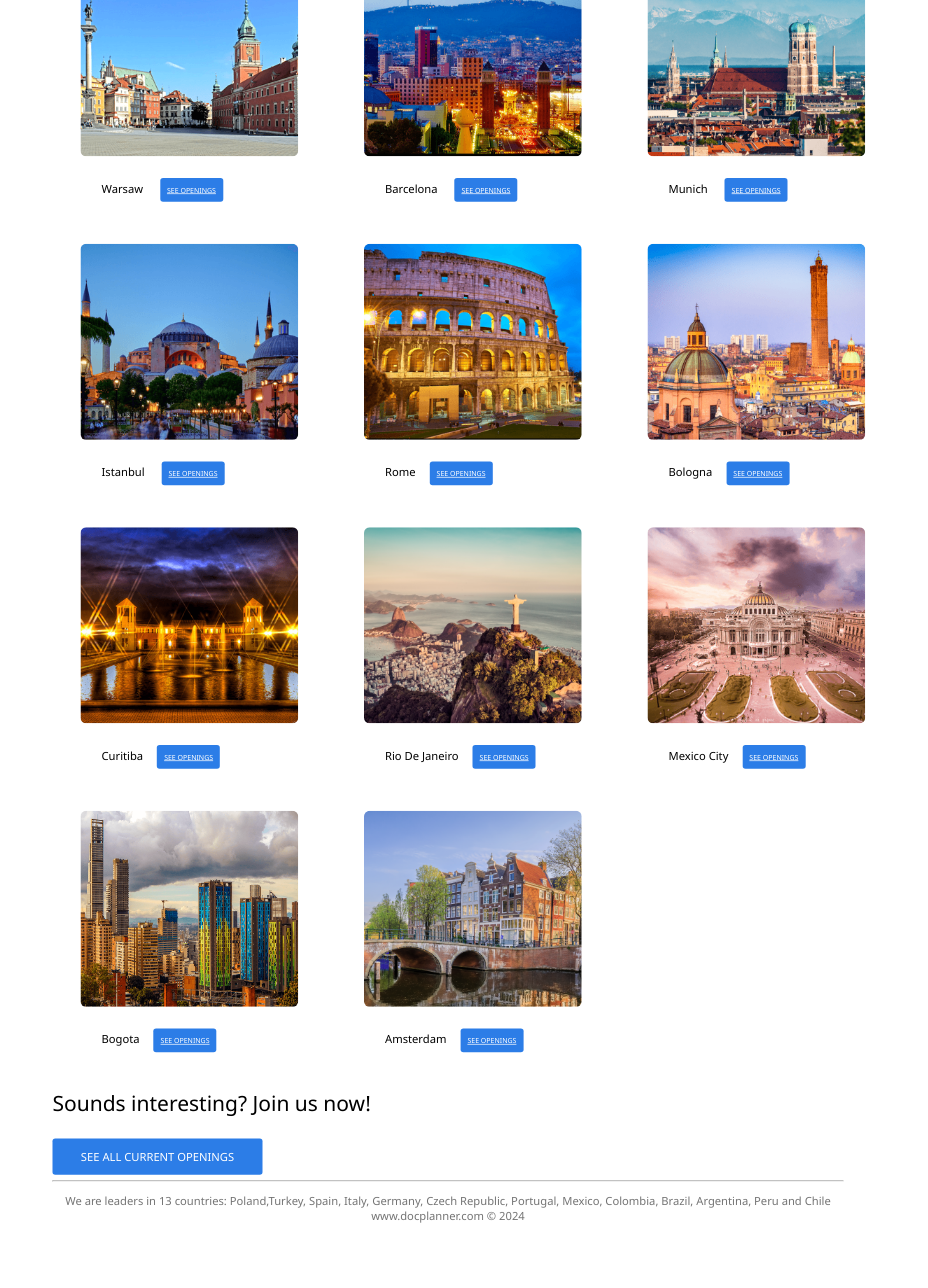
Repository: awa-creator/Checkpoint4
Page: doc.html
The author's editor kept a copy of each file at every save. The page is drawn from the files as they stood at one save, then again after the next save.
The browser window is 1280 px wide. The page is 1325 px wide, so the pictures cover 1325 px, including what lies to the right of the window. The pictures show the part of the page from y = 1785 to 3625 px (the page is 3625 px tall), at 70% of full size.

Above is the page before, as saved 2024-09-24 12:35:18.

### doc.html
<!DOCTYPE html>
<html lang="en">
<head>
    <meta charset="UTF-8">
    <meta name="viewport" content="width=device-width, initial-scale=1.0">
    <title>Document</title>
    <link rel="stylesheet" href="style1.css">

</head>

<body>
        <header class="Doc_header" >
           <img class="doc_logo" src="image/imagdocplanner/logo-default-group-en.svg" alt="logo" width="238px" height="33px">
            <ul class="nav_menu">
            <li><h4 class="H">A About us</h4></li>
        <li><h4 class="H"> Career</h4></li>
        <li><h4 class="H">Departments</h4></li>
    </ul>
</header>
    <section class="Introduction">
        <div >
            <center><img class="idps" src="image/imagdocplanner/sygnet.png" alt=""></center>
        </div>
               <h1 class="tittle_intro" >Making the healthcare experience more human</h1>
        <div class="intro_text">
        <p class="ipara1">We want patients to find the perfect doctor and book an appointment in the most easy way. The patient journey should be enjoyable, and that's why we are always next to them:to help them find the best possible care. Anytime, anywhere.</p>
        <p class="ipara2"> We also help doctors to better manage their practice and build their online reputation. With our integrated end-to-end solution, doctors are able not only to improve their online presence, but also to devote their time to what really matters: their patients.</p>
        </div>
        </section>
        <center><section class="box">
            <div class="boxp">
                <img src="image/imagdocplanner/icon-patients.svg" alt="">
                <h2 class="text">For patients</h2> <p class="boxtext">Find a doctor, book a <br> visit and solve any <br> health-related doubt</p>
             <div class="">
   <select name="selectp" id="">
    <option value="">Choose a country</option>
    <option value="">Tunisia</option>
    <option value="">Morocco</option>
    <option value="">Senegal</option>
    <option value="">England</option>
    <option value="">Sweden</option>
    <option value="">France</option>
    <option value="">Saudi Arabia</option>
    <option value="">Japan</option>
   </select>
             </div>
            </div>
            <div class="boxd">
                <img src="image/imagdocplanner/icon-doctors.svg" alt=""> <h2 class="text">For doctors</h2> <p class="boxtext">Save time managing <br>visits and cut no- <br>shows by half</p>
            <div class="selectd">
                <select name="" id="">
                    <option value="">Choose a country</option>
                    <option value="">Argentina</option>
                    <option value="">Brazil</option>
                    <option value="">Chili</option>
                    <option value="">Colombia</option>
                    <option value="">Czech</option>
                    <option value="">Germany</option>
                    <option value="">Italy</option>
                    <option value="">Mexico</option>
                    <option value="">Peru</option>
                    <option value="">Poland</option>
                    <option value="">Spain</option>
                    <option value="">Turkey</option>
                   </select>
            </div>
            </div>
            <div class="boxc">
                <img src="image/imagdocplanner/icon-clinics.svg" alt=""> <h2 class="text">For clinics</h2> <p class="boxtext">Deliver an exceptional <br> patient experience in <br> your clinic</p>
            <select name="" id="">
                <option value="">2 to 20 specialists</option>
                    <option value="">Brazil</option>
                    <option value="">Czech</option>
                    <option value="">Germany</option>
                    <option value="">Italy</option>
                    <option value="">Mexico</option>
                    <option value="">Poland</option>
                    <option value="">Spain</option>
                    <option value="">Turkey</option>
            </select> <br><br>
            <select name="" id="">
                <option value="">More than 20 specialists</option>
                <option value="">Brazil</option>
                <option value="">Italy</option>
                <option value="">Mexico</option>
                <option value="">Poland</option>
                <option value="">Spain</option>
            </select>
            </div>
        </section>
        <section  on class="brand_section">
            <p class="brand_intro"> We are a global company  with local culture </p>
            <ul class="brand_logo">
            <img class="im" src="image/imagdocplanner/sygnet.png" alt="">Znanylekarz
            <img class="im" src="image/imagdocplanner/sygnet.png" alt="">Doctoralia
            <img class="im" src="image/imagdocplanner/sygnet.png" alt="">Miodottore
            <img class="im" src="image/imagdocplanner/sygnet.png" alt="">Doktortakvimi
            <img class="im" src="image/imagdocplanner/sygnet.png" alt="">Znamylekar
            <a class="bl" href="https://www.jameda.de/"><img class="jameda" src="image/imagdocplanner/logo-jameda.svg" alt=""></a>
            <a href="https://tuotempo.com/powered-by-tuotempo"><img class="tuotempo" src="image/imagdocplanner/logo-tuotempo.svg" alt="" width="140px" height="30px"></a>
            <a href="https://gipo.it/?redirect_origin=www.gipo.it"><img class="gipo" src="image/imagdocplanner/logo-gipo-primary.svg" alt=""></a>
            <a href="href=https://clinic-cloud.com/"><img class="clinic" src="image/imagdocplanner/logo-clinicloud.svg" alt="" > </a>
            <a  href="href=https://feegowclinic.com.br/"><img class="feegowclinic"  src="image/imagdocplanner/logo-feegow.svg" alt=""></a>
            <a  href="href=https://mydr.pl/welcome/"><img class="mydr" src="image/imagdocplanner/my-dr-edm-logo.svg" alt="" ></a>
        </ul>
    </section></center>
        <section class="platform">
            <div class="plat">
            <h1> The world's biggest <br>healthcare platform</h1>
<p>We work from 9 offices all over the world, bringing Docplanner Group <br>to life in 13 countries. <br></p></div>
       <div class="grid">
                        <div class="column1">
                   <img class="ilog" src="image/imagdocplanner/flag.png" alt="">  <h4>Leader in 13 <br>countries</h4> <p>Poland, Brazil, Mexico, Spain, Italy, Germany, Turkey, Colombia, Czech Republic, Portugal, Argentina, Peru and Chile</p>
                        </div>
                 <div class="column2">
                    <img class="ilog"  src="image/imagdocplanner/visits.png" alt=""> <h4>22,000,000 <br>appointments</h4><p>booked last month</p>
                        </div>
                 <div class="column1">
                    <img class="ilog"  src="image/imagdocplanner/patients.png" alt=""><h4>90,000,000 <br>patients</h4><p>visit our websites each month</p>
                        </div>
                <div class="column2">
                    <img class="ilog"  src="image/imagdocplanner/doctors.png" alt=""><h4>260,000 <br>active doctors</h4> <p>trust our solutions</p>
                        </div>
                    </div>
                </section>
        <section class="contries">
            <h1>Improve the lives of millions. Change yours forever.</h1>
            <p> More than 2800 team mates share our same vision, goals and passion. <br>With offices in Warsaw, Barcelona, Munich, Istanbul, Rome, Rio, Bologna, Mexico City and Curitiba, our search for great talent never stops. </p>
        </section>
       <section>
            <ul class="picture" >
     <li class="contry1">
        <img class="coun" src="image/imagdocplanner/warsaw.png" alt=""><div class="count">Warsaw <a href="#">SEE OPENINGS</a></div></li>
<li class="country2">
<img class="coun"  src="image/imagdocplanner/barcelona.png" alt=""><div class="count">Barcelona <a href="#" target="_blank" rel="noopener noreferrer">SEE OPENINGS</a></div>
</li>
<li class="country3">
<img class="coun" src="image/imagdocplanner/munich.png" alt=""><div class="count">Munich <a href="#" target="_blank" rel="noopener noreferrer">SEE OPENINGS</a></div>
</li>
<li class="country3">
<img class="coun" src="image/imagdocplanner/istanbul.png" alt=""> <div class="count">Istanbul <a href="#" target="_blank" rel="noopener noreferrer">SEE OPENINGS</a></div>
</li>
<li class="country4">
<img class="coun" src="image/imagdocplanner/rome.png" alt=""><div class="count">Rome<a href="#" target="_blank" rel="noopener noreferrer">SEE OPENINGS</a></div>
</li>
<li class="country5">
<img class="coun" src="image/imagdocplanner/bologna.png" alt=""><div class="count">Bologna<a href="#" target="_blank" rel="noopener noreferrer">SEE OPENINGS</a></div>
</li>
<li class="country6">
    <img class="coun" src="image/imagdocplanner/curitiba.png" alt=""><div class="count">Curitiba<a href="#" target="_blank" rel="noopener noreferrer">SEE OPENINGS</a></div>
    </li>
    <li class="country7">
        <img class="coun" src="image/imagdocplanner/rio-janeiro.png" alt=""><div class="count">Rio De Janeiro<a href="#" target="_blank" rel="noopener noreferrer">SEE OPENINGS</a></div>
        </li>
        <li class="country8">
            <img class="coun" src="image/imagdocplanner/mexico-city.png" alt=""><div class="count">Mexico City<a href="#" target="_blank" rel="noopener noreferrer">SEE OPENINGS</a></div>
            </li>
            <li class="country9">
                <img class="coun" src="image/imagdocplanner/bogota.png" alt="" ><div class="count">Bogota<a href="#" target="_blank" rel="noopener noreferrer">SEE OPENINGS</a></div>
                </li>
                <li class="country10">
                    <img class="coun" src="image/imagdocplanner/amsterdam.png" alt=""><div class="count">Amsterdam<a href="#" target="_blank" rel="noopener noreferrer">SEE OPENINGS</a></div>
                    </li>
                </ul>
            </section>
<section>
    <p class="conclu"> Sounds interesting? Join us now!</p>
    <div class="finish"><p>SEE ALL CURRENT OPENINGS</p></div>
</section>



</body>
<footer> <hr>
    <p class="end">We are leaders in 13 countries: Poland,Turkey, Spain, Italy, Germany, Czech Republic, Portugal, Mexico, Colombia, Brazil, Argentina, Peru and Chile
    <br>www.docplanner.com © 2024 </p>

</footer>
</html>

### style1.css
body{
    font-family: 'Segoe UI', Tahoma, Geneva, Verdana, sans-serif;
    padding: 70px;
    margin: 5px;

    }
.Doc_header{
    display: inline;
    padding: 10px;
    margin: 10px;
    display: flex;
    justify-content: space-between;
    align-content: space-between;
    position: sticky;
}
.doc_logo{
    display: flex;
    justify-content: center;
}
.nav_menu{
    display: flex;
    justify-content: space-between;
    margin:0px;
    padding: 0px;
    list-style-type: none;
    color: #747474;
}
.H{
    margin: 10px;
}
.idps{
    display: flex;
    align-self: center;
}

.log{
    text-align: center;
}

.tittle_intro{
text-align: center;
color:#00b39b;
font-size:2em;
font-family:Arial, Helvetica, sans-serif;
}
.intro_text{
    display: flex;
    justify-content: space-around;
    color:#747474;
    font-family: system-ui, -apple-system, BlinkMacSystemFont, 'Segoe UI', Roboto, Oxygen, Ubuntu, Cantarell, 'Open Sans', 'Helvetica Neue', sans-serif;
    font-size: 16px;
    margin:20px;
}
.box{
    display: flex;
    margin: 30px;
    width: 80%;
    flex-direction: row;
    justify-content: space-between;
    align-content:space-between;

}

.boxp{
    background-color:#00ccb1;
   padding: 10px;
   border-radius: 10px;
   color: white;
   margin: 10px;
   height: 300px;
   flex-basis: 48%;
   width: 20%;
}
.boxd{
    background-color:#3d83df ;
   padding: 10px;
   border-radius: 10px;
   color: white;
   margin: 10px;
   height: 300px;
   flex-basis: 48%;
   width:20%;
}
.boxc {
    background-color:#1b2734;
    padding: 10px;
    border-radius: 10px;
    color: white;
    margin: 10px;
    height: 300px;
    flex-basis: 48%;
    width:20%;
}
.text{
    font-family: Arial, Helvetica, sans-serif;
}
.boxtext{

    font-size: 24px;
}
.selectp{
    background-color: none;
}
.brand_intro{
    display: flex;
    justify-content: space-between;
    color: #00b39b;
    float: left;
    width: 33%;
    padding: 20px;
    margin: 20px;
    size: 50px;
}
.brand_section{
    display: flex;
    justify-content: space-between;
}
.brand_logo{
    display: flex;
    flex-wrap: wrap;
    justify-content: space-around;
    margin: 10px;
    color: #747474;
}
.im{
    height: 25px;
    width:25px;
   gap: 10px;
   color: #747474;
}
.tuotempo{
    width: 100px;
}
.gipo{
    width: 40px;
    color: #747474;
}
.clinic{
    width: 60px;
}
.feegowclinic{
    width: 90px;
}
.mydr{
    width: 100px;
    color: #747474;
}
}
.platform{
    background-color:#e5faf8;

}

.plat{
    color:#34b99d;

}
.logosy{
    padding-left: 50px;
    padding-top: 50px;
}
.logsynget{
    position: absolute;
    padding-top: 200px;
    width: 100%;
    height: 100%;
    overflow: hidden;
}
.grid{
    display: grid;
    grid-template-columns: repeat(2, 2fr);
    justify-content: end;
    gap: 15px;
    width: 100%;
    max-width: 350px;
    position: relative;

}

.column1,.column2{
    display:block;
    justify-content: flex-end;
    background-color:#FFF;
    border-radius: 5px;
}

.contries{
    justify-content: center;
}
.picture{
    display: grid;
    grid-template-columns: repeat(3, 400px);
    grid-template-rows: repeat(3, 400px);
    list-style-type: none;
    grid-gap: 5px;
    margin: auto;
}
.coun{
    border-radius: 8px;
    width: 311px;
    height:280px;
}

.count a{
    width: 70px;
    height: 15px;
    left: 200px;
    top: -50px;
    background-color: #2c7de7;
    color: white;
    font-size: .625rem;
    padding: 1em 1.5em;
    border-radius: 4px;
    bottom: px;
}
.count,.count a{
    margin: 20px;
    padding: 10px;
}
.conclu{
font-size: 30px ;
}
.finish{
    width: 250px;
    height: 2px;
    background-color: #2c7de7;
    color: white;
    padding: 25px;
    border-radius: 4px;
    display: flex;
    align-items: center;
    justify-content:center;
}
.end{
    color: #747474;
    text-align: center;
}

After the next save:
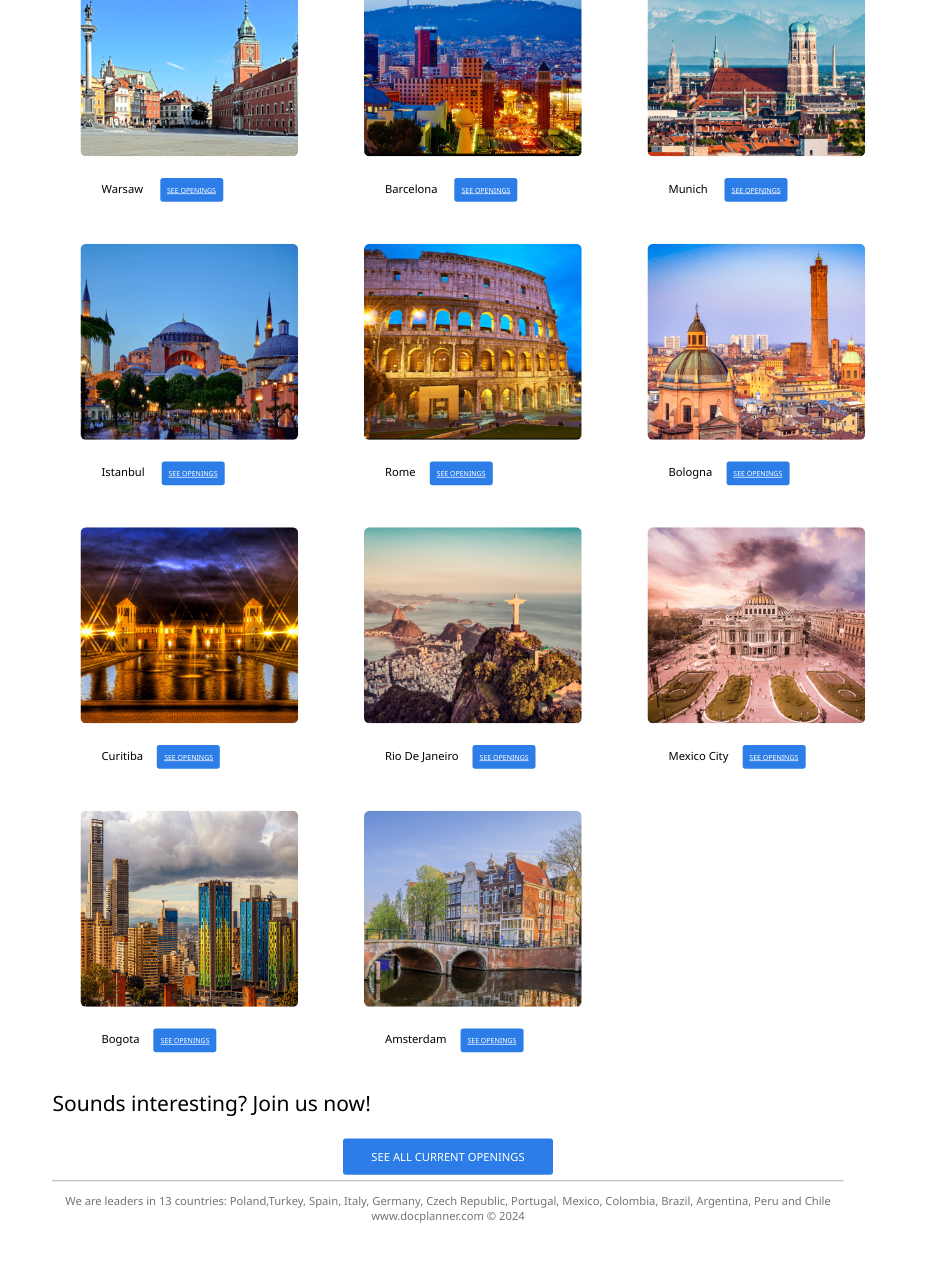
Saved 43 s later.
--- a/doc.html
+++ b/doc.html
@@ -165,7 +165,7 @@
             </section>
 <section>
     <p class="conclu"> Sounds interesting? Join us now!</p>
-    <div class="finish"><p>SEE ALL CURRENT OPENINGS</p></div>
+   <center><div class="finish"><p>SEE ALL CURRENT OPENINGS</p></div></center>
 </section>
 
 
